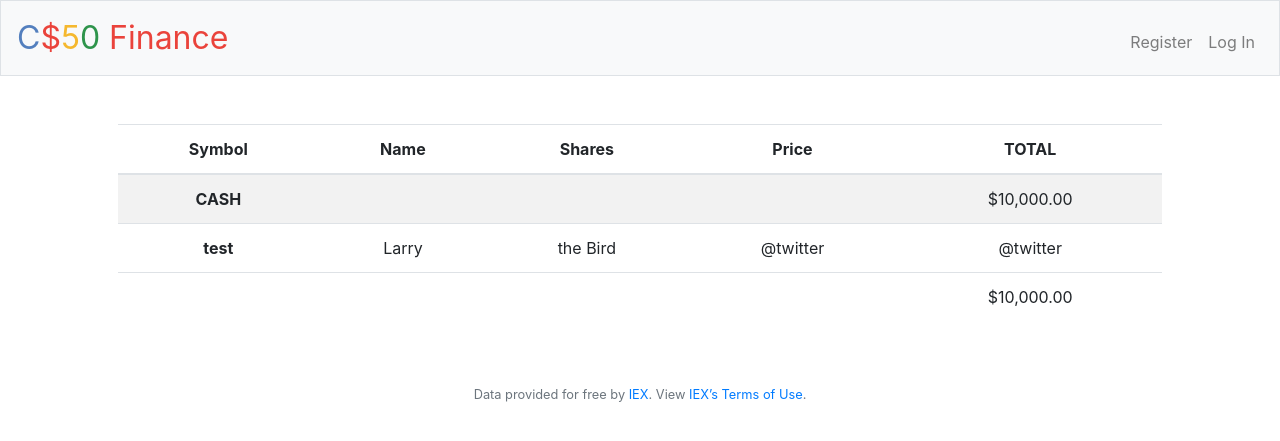
Repository: tavrora/cs50_ide
Page: pset8/finance/templates/apology.html
The author's editor kept a record of every edit. The page is drawn from the files as they stood at one moment, then again after the next edit.
The browser window is 1280 px wide. The pictures show the whole page.
The template is drawn by Flask 3. The application's start-up code is not run. The template is opened directly, without the code that normally fills it, so the values that code supplies are empty.

Above is the page before.

After the next edit:
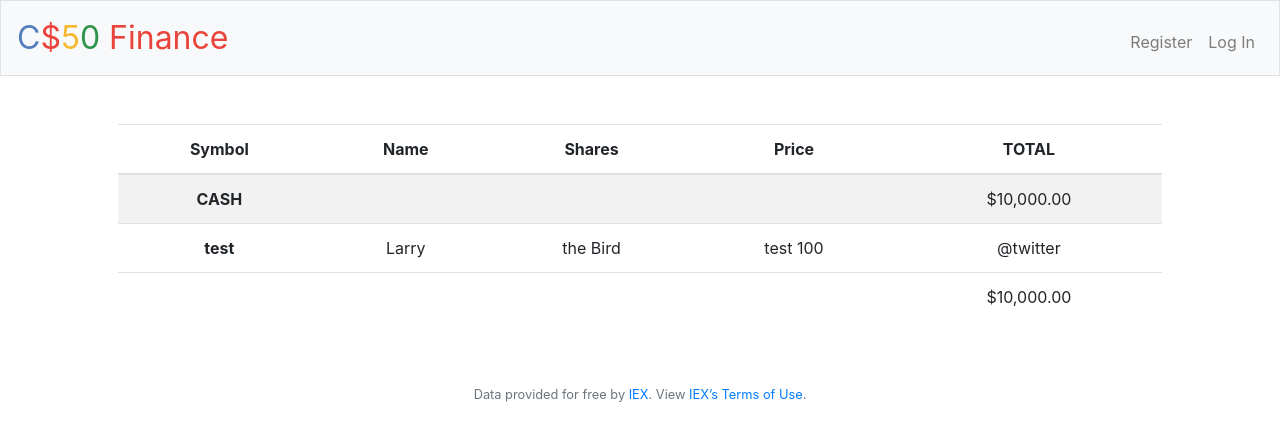
The edit:
--- a/pset8/finance/templates/apology.html
+++ b/pset8/finance/templates/apology.html
@@ -35,7 +35,7 @@
                 <th scope="row">test</th>
                 <td>Larry</td>
                 <td>the Bird</td>
-                <td>@twitter</td>
+                <td>test 100</td>
                 <td>@twitter</td>
             </tr>
         </tbody>
